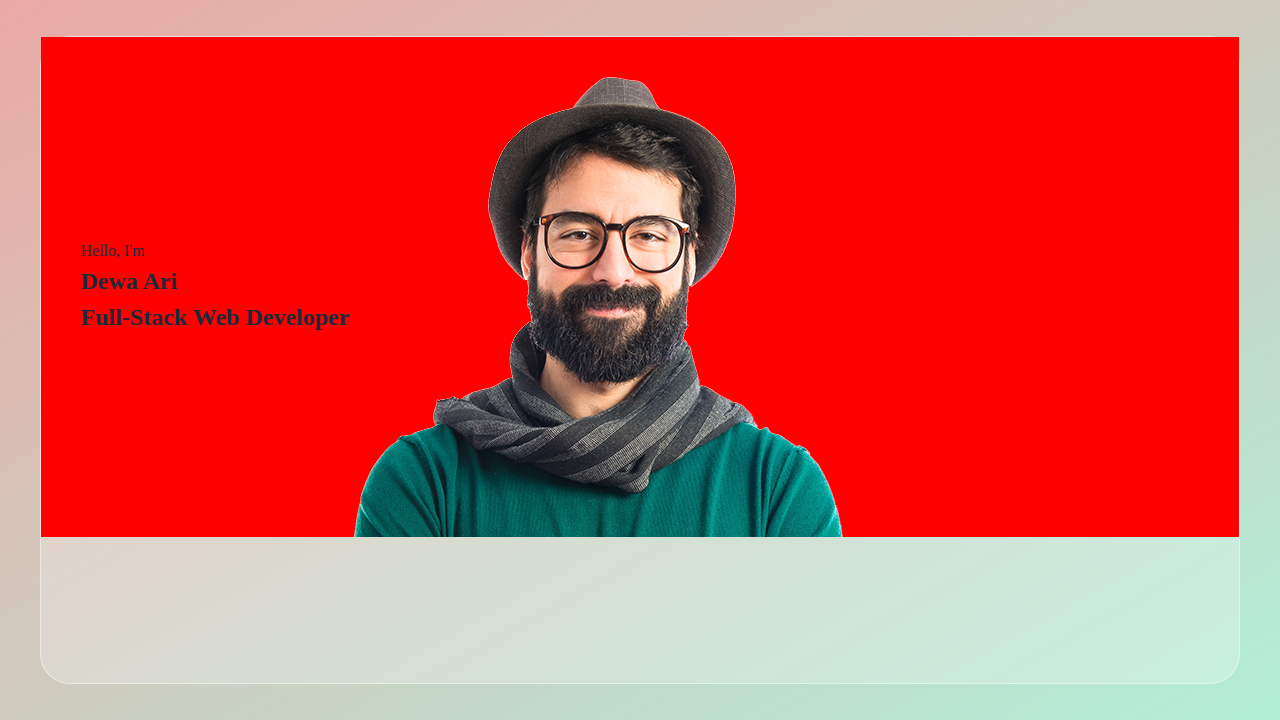
Repository: dewaary/Glassmorp-me
Page: index.html
The author's editor kept a copy of each file at every save. The page is drawn from the files as they stood at one save, then again after the next save.
The browser window is 1280 px wide. The pictures show the whole page.

Above is the page before, as saved 2021-05-12 22:09:54.

### index.html
<!DOCTYPE html>
<html lang="en">
<head>
    <meta charset="UTF-8">
    <meta http-equiv="X-UA-Compatible" content="IE=edge">
    <meta name="viewport" content="width=device-width, initial-scale=1.0">
    <link rel="stylesheet" href="style.css">
    <title>Document</title>
</head>
<body>


    <div class="main">

        <section class="home-section">
            <div class="container">
                <div class="row align-items-center">
                    <div class="home-text">
                        <p>Hello, I'm</p>
                        <h1>Dewa Ari</h1>
                        <h2>Full-Stack Web Developer</h2>
                    </div>
                    <div class="home-img">
                        <div class="img-box">
                            <img src="img/profile-img.png" alt="profile-img">
                        </div>
                    </div>
                </div>
            </div>
        </section>

    </div>

</body>
</html>

### style.css

:root{
    --main-color: #e02f6b;
    --blue: #0000ff;
    --blue-dark: #18293c;
    --orange: #ffa500;
    --green-yellow: #cddc39;
    --pink-light: #efa2b4;
    --cyan-light: #aef1ee;
    --white: #ffffff;
    --white-alpha-40: rgba(255, 255, 255, 0.40);
    --white-alpha-25: rgba(255, 255, 255, 0.25);
    --backdrop-filter-blur: blur(5px);

}

*{
    box-sizing: border-box;
    padding: 0;
    margin: 0;
    outline: none;
}

::before,
::after{
    box-sizing: border-box;
}

body {
    min-height: 100vh;
    background-image: linear-gradient(to bottom right, var(--pink-light), var(--cyan-light));
    font-size: 16px;
    color: var(--blue-dark);
    line-height: 1.5;
    overflow-x: hidden;
    -webkit-tap-highlight-color: transparent;
    padding: 5vh 15px;
}

body::before{
    content: '';
    position: fixed;
    left: 0;
    top: 0;
    height: 100%;
    width: 100%;
    background-color: var(--green-yellow);
    z-index: -1;
    opacity: 0.12;
}

img{
   max-width: 100%;
   vertical-align: middle;
}

section {
    background-color: var(--white-alpha-25);
    border: 1px solid var(--white-alpha-40);
    min-height: 90vh;
    border-radius: 30px;
}

.main{
    max-width: 1200px;
    margin: auto;
}

.row{
    display: flex;
    flex-wrap: wrap;
}

.container {
    background-color: red;
    padding: 0 40px;
}

.align-items-center{
    align-items: center;
}

/*
Home Section */

After the next save:
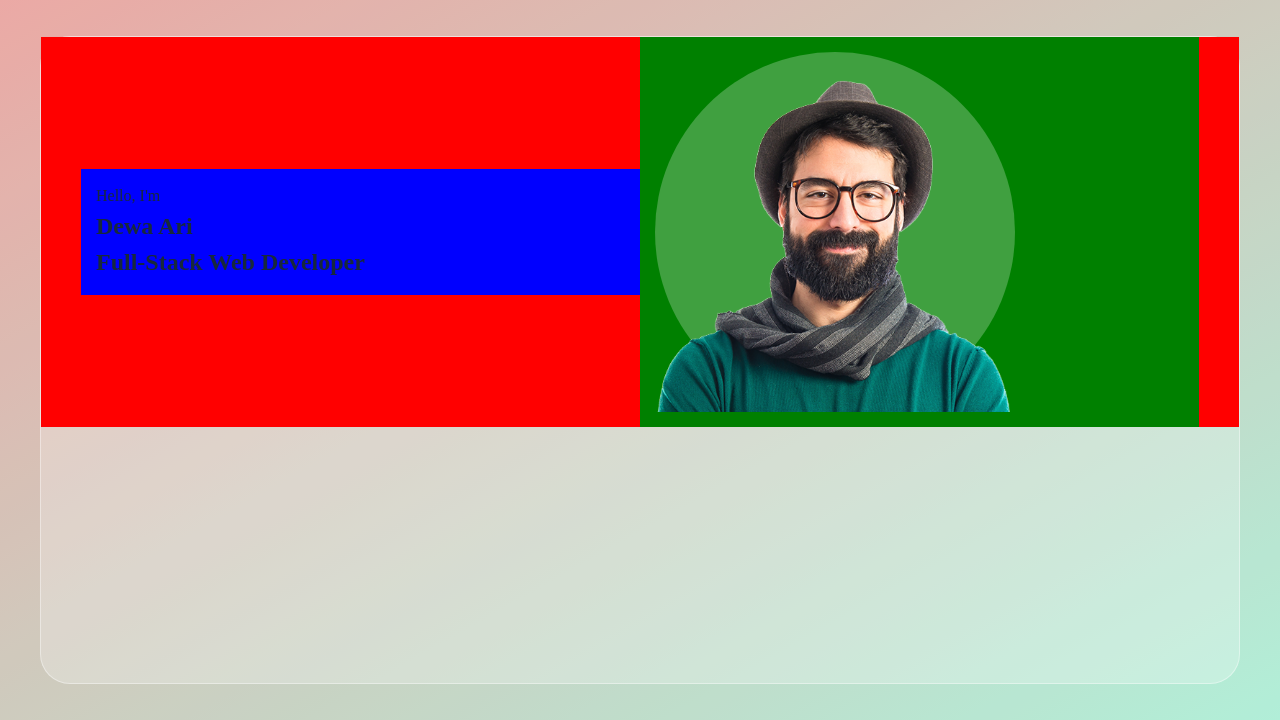
Saved 2 min 55 s later.
--- a/style.css
+++ b/style.css
@@ -82,3 +82,23 @@ section {
 
 /*
 Home Section */
+
+.home-text{
+    background-color: blue;
+}
+
+.home-img{
+    background-color: green;
+}
+
+.home-text, .home-img{
+    width: 50%;
+    padding: 15px;
+}
+
+.home-img .img-box{
+    max-width: 360px;
+    background-color: var(--white-alpha-25);
+    border-radius: 50%;
+    background-color: var(--white-alpha-25);
+}
